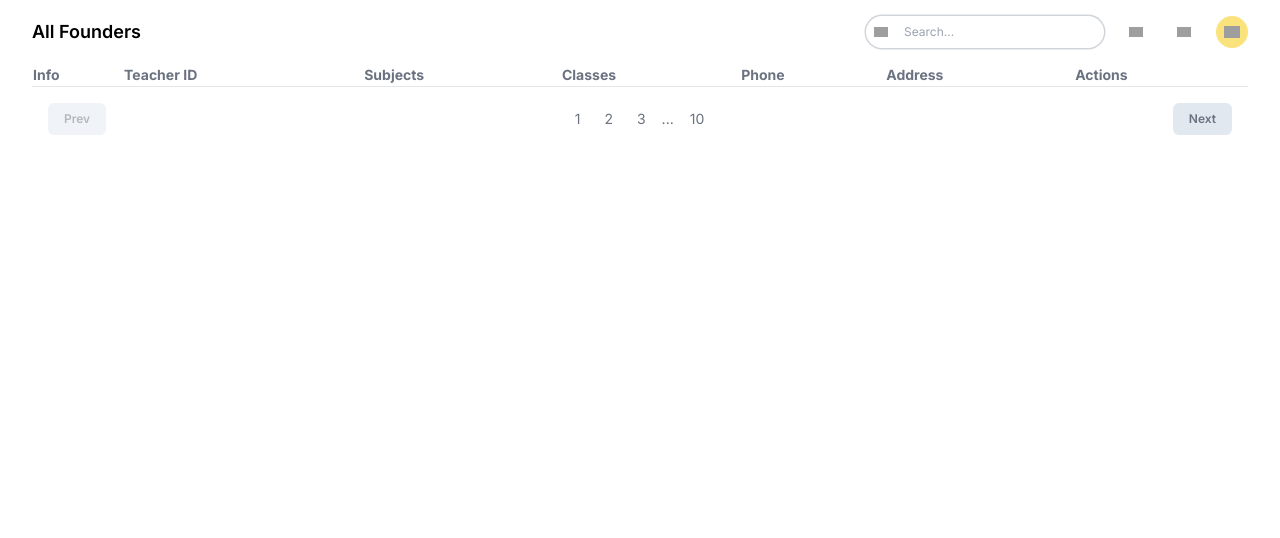
Repository: MikeeBuilds/equidex
Page: /list/founder
The author's editor kept a copy of each file at every save. The page is drawn from the files as they stood at one save, then again after a run of saves.
The browser window is 1280 px wide. The pictures show the whole page.
Pictures or frames that could not be fetched are drawn as grey boxes. The project was rebuilt for these pictures with package versions that can differ from the ones it lists, and the page was loaded fresh each time. The framework's server and built-in components were replaced by stand-ins that run in the browser. Also part of the build but not shown: next.config.mjs.

Above is the page before, as saved 2024-09-25 14:20:59.

After the next 2 saves:
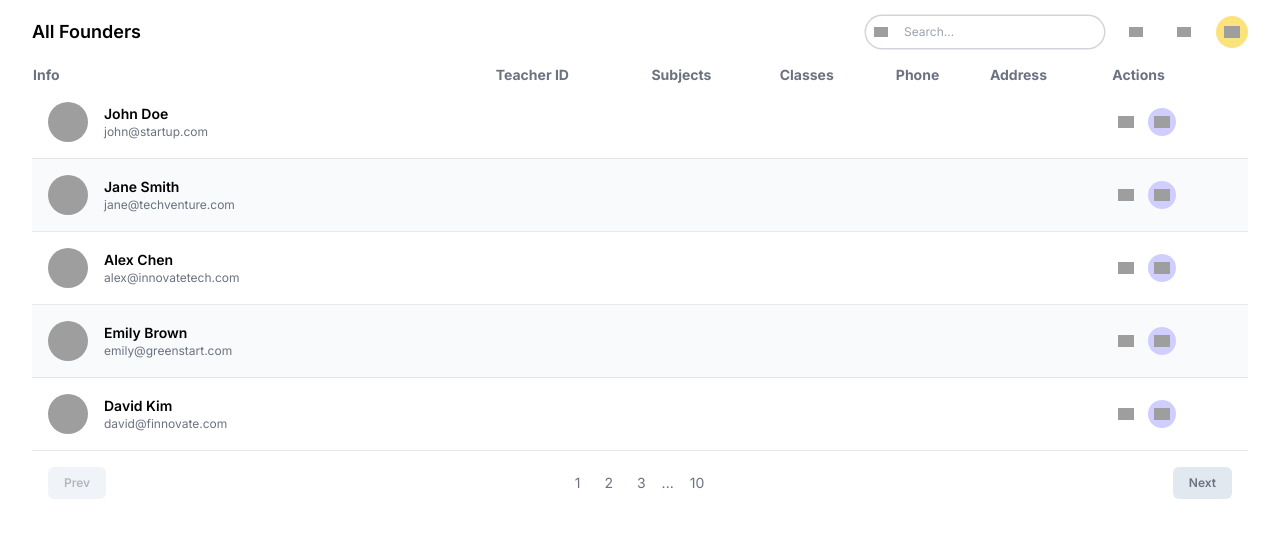
The 2 saves are shown as one change because 1 did not build or start.
The last was saved 63 s later.
--- a/src/app/list/founder/page.tsx
+++ b/src/app/list/founder/page.tsx
@@ -60,7 +60,7 @@ const FounderListPage = () => {
       key={item.id}
       className="border-b border-gray-200 even:bg-slate-50 text-sm hover:bg-lamaPurpleLight"
     >
-      {/* <td className="flex items-center gap-4 p-4">
+      <td className="flex items-center gap-4 p-4">
         <Image
           src={item.photo}
           alt=""
@@ -74,10 +74,10 @@ const FounderListPage = () => {
         </div>
       </td>
       <td className="hidden md:table-cell">{item.teacherId}</td>
-      <td className="hidden md:table-cell">{item.subjects.join(",")}</td>
-      <td className="hidden md:table-cell">{item.classes.join(",")}</td>
-      <td className="hidden md:table-cell">{item.phone}</td>
-      <td className="hidden md:table-cell">{item.address}</td>
+      <td className="hidden md:table-cell">{item.subjects?.join(", ") || ""}</td>
+      <td className="hidden md:table-cell">{item.classes?.join(", ") || ""}</td>
+      <td className="hidden lg:table-cell">{item.phone}</td>
+      <td className="hidden lg:table-cell">{item.address}</td>
       <td>
         <div className="flex items-center gap-2">
           <Link href={`/list/founders/${item.id}`}>
@@ -92,7 +92,7 @@ const FounderListPage = () => {
             <FormModal table="founder" type="delete" id={item.id}/>
           )}
         </div>
-      </td> */}
+      </td>
     </tr>
   );
 
